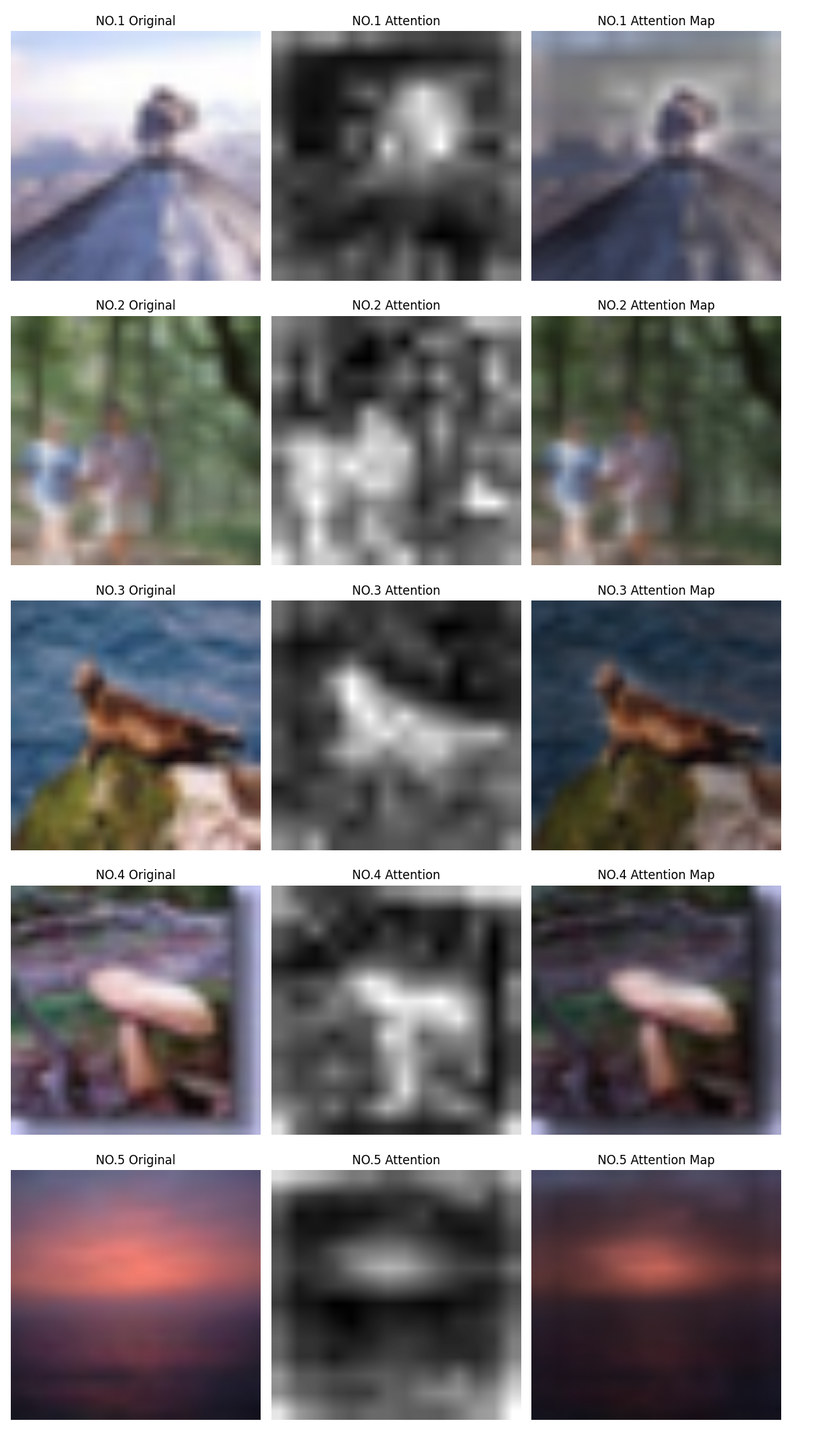
Repository: ginnux/vit
Script's output: python figure/visual.py
These files come from the project's save history. The script's output is drawn as it stood at one moment and after the next save; the edit follows.
The pictures are shown at 72% of full size.
Random numbers start from a fixed seed. It also reads figure/visualize.pkl.

Above is the script's output before, as saved 2024-06-24 22:35:15.

After the next save:
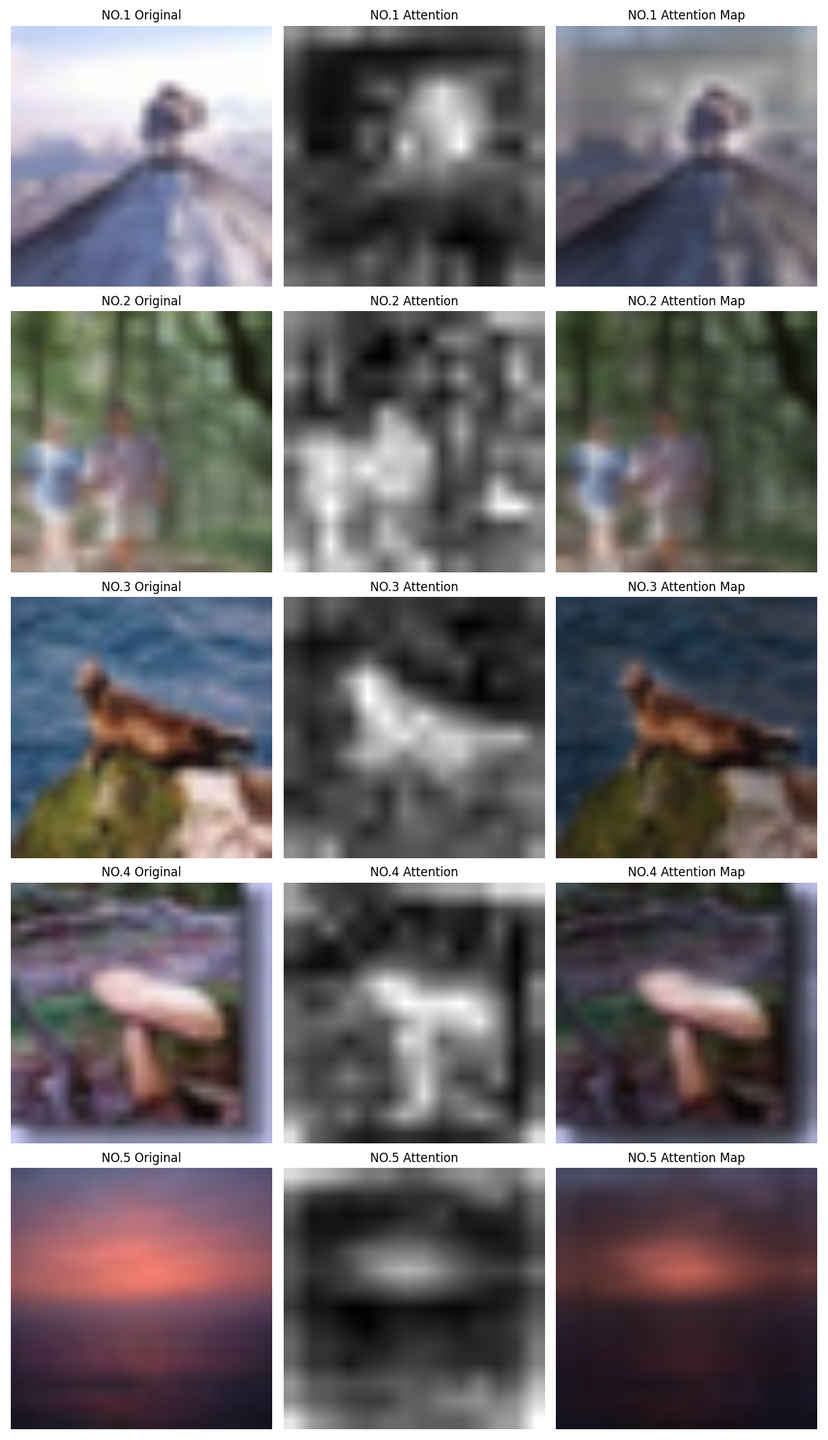
Saved 8 s later.
--- a/figure/visual.py
+++ b/figure/visual.py
@@ -13,7 +13,7 @@ plt.rcParams["font.size"] = 10
 plt.rcParams["font.family"] = "Times New Roman"
 num = len(im_list)
 
-plt.figure(figsize=(11, 4 * num))
+plt.figure(figsize=(11.5, 4 * num))
 
 for i in range(num):
     im = im_list[i]
